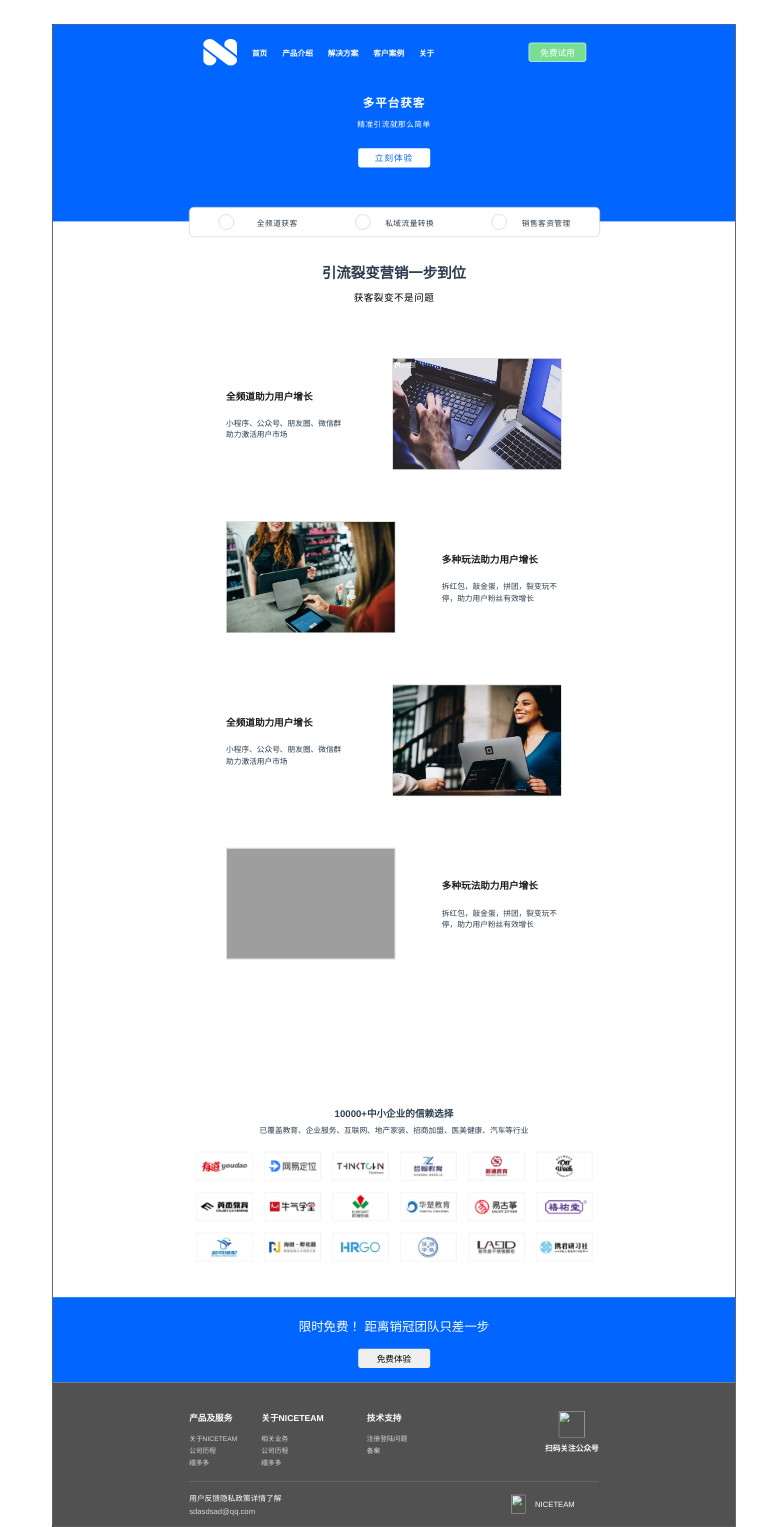
Repository: Alex-2020-0211/xrkj-guanwang
Page: /#/productintroduction (app in src/)
The author's editor kept a copy of each file at every save. The page is drawn from the files as they stood at one save, then again after the next save.
The browser window is 1280 px wide. The page is 1300 px wide, so the pictures cover 1300 px, including what lies to the right of the window. The pictures show the whole page, at 60% of full size.
Pictures or frames that could not be fetched are drawn as grey boxes. The project was rebuilt for these pictures with package versions that can differ from the ones it lists, and the page was loaded fresh each time. Also part of the build but not shown: src/src/components/Header.vue, src/src/views/Home.vue.

Above is the page before, as saved 2021-01-07 18:20:01.

After the next save:
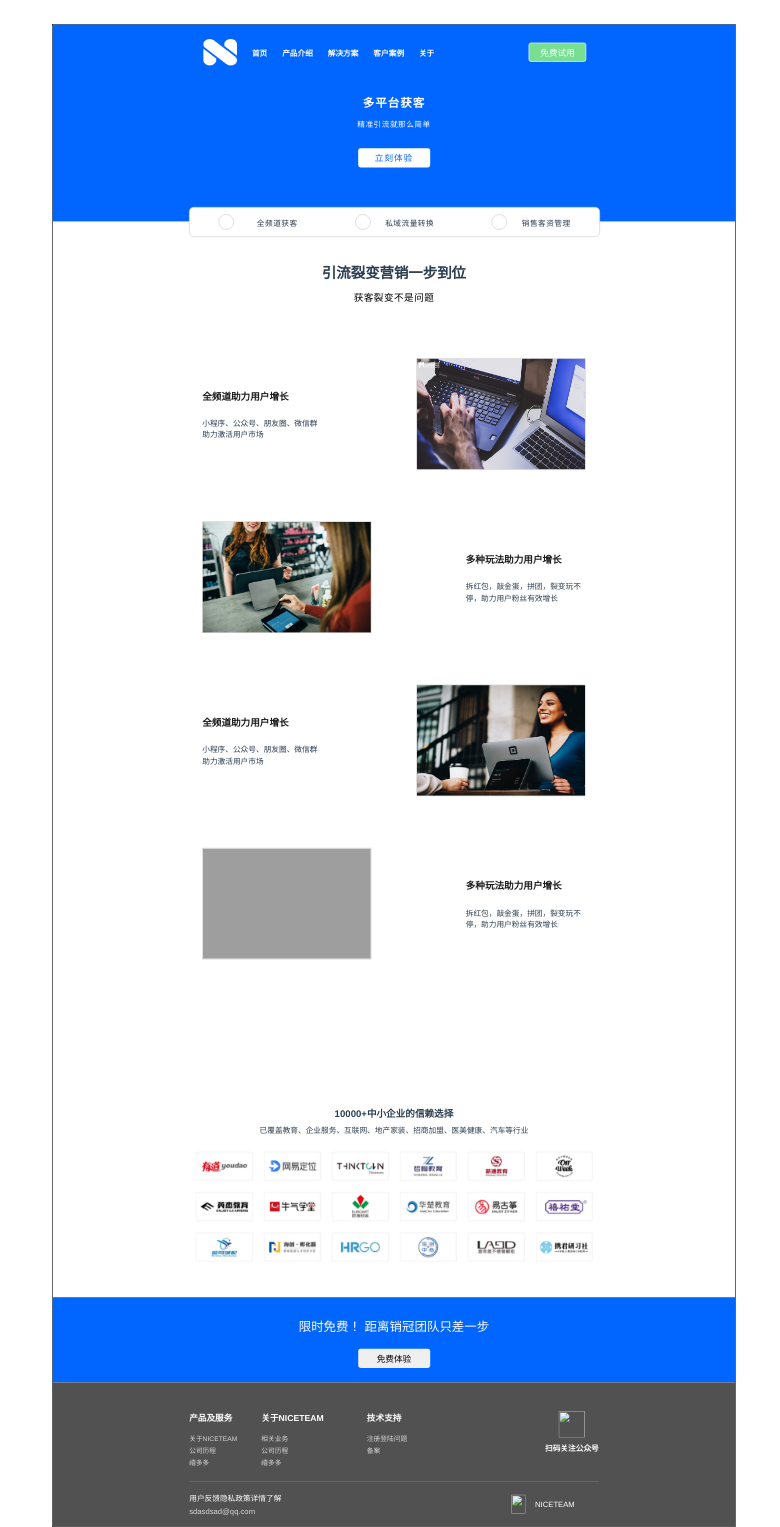
Saved 37 s later.
--- a/src/src/views/ProductIntroduction.vue
+++ b/src/src/views/ProductIntroduction.vue
@@ -266,8 +266,8 @@
           letter-spacing: 0.01rem;
         }
         .case {
-          width: 56%;
-          margin-left: 22%;
+          width: 70%;
+          margin-left: 15%;
           height: 3.4rem;
           display: flex;
           justify-content: space-around;
